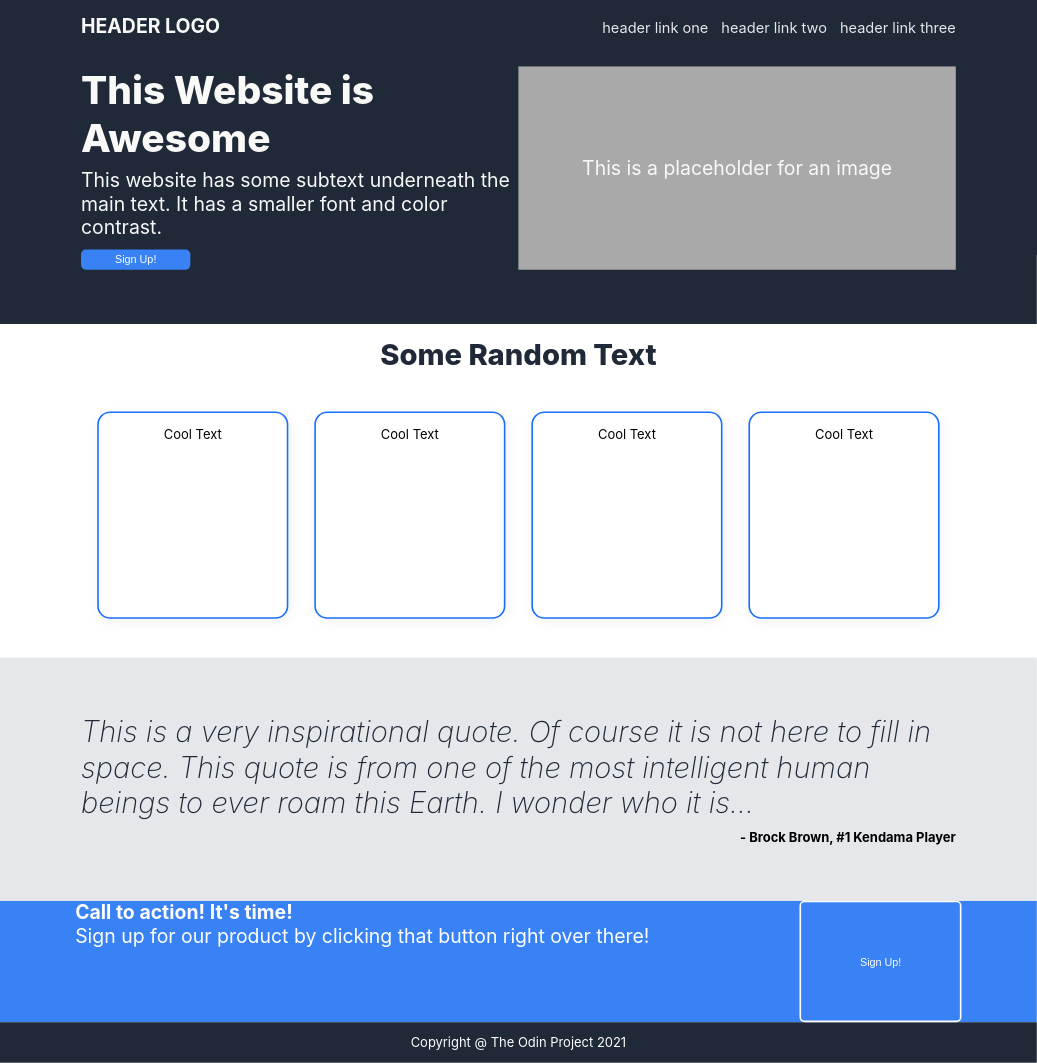
Repository: bbrockbrown/landing-page
Page: index.html
An editor plug-in stored every save of this project. The page is shown before and after the next save, followed by the edit.
The browser window is 1280 px wide. The pictures show the whole page, at 81% of full size.

Above is the page before, as saved 2024-07-24 16:19:30.

After the next save:
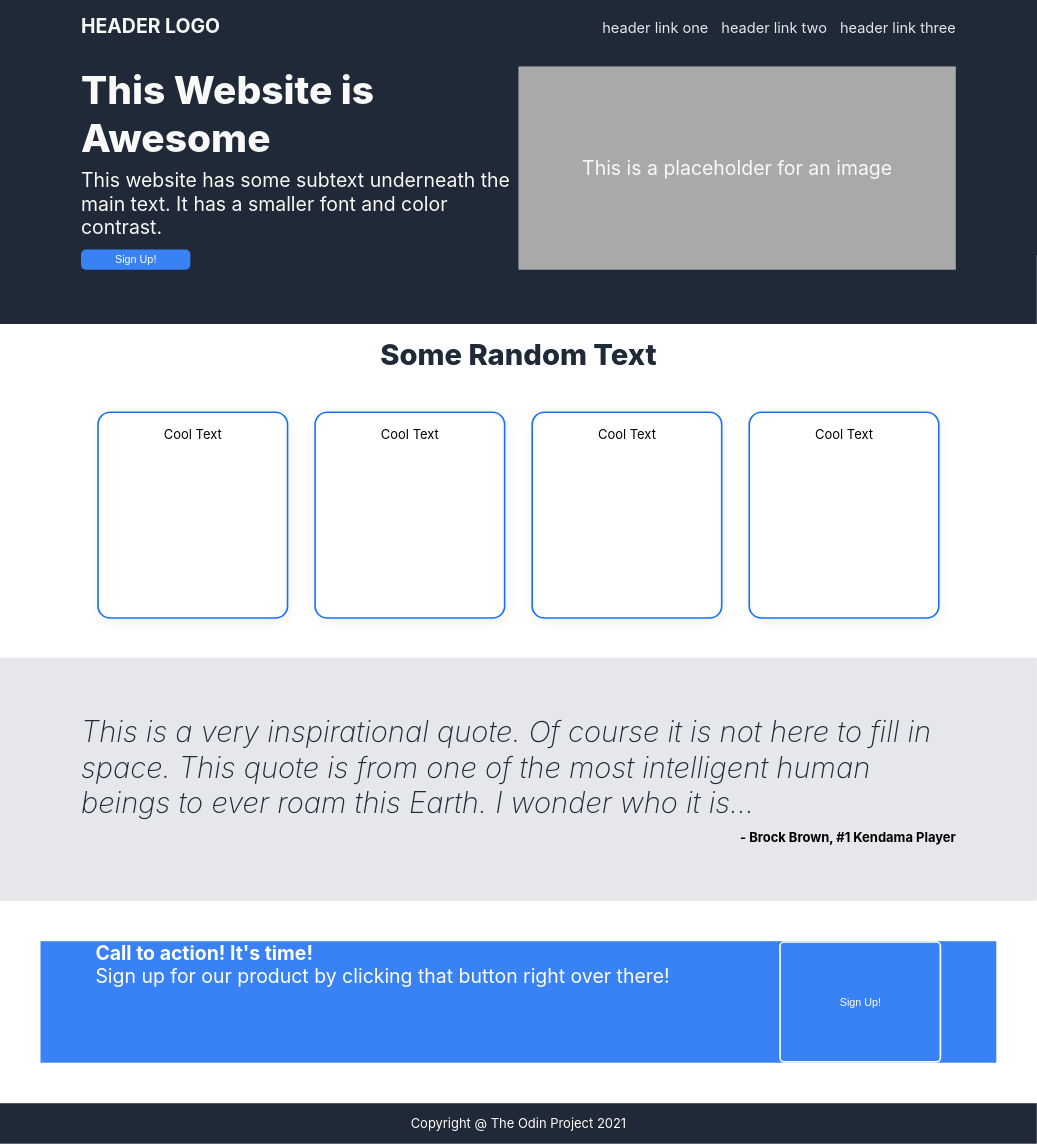
Saved 16 s later.
--- a/styles.css
+++ b/styles.css
@@ -140,6 +140,7 @@ a {
     display: flex;
     height: 150px;
     justify-content: space-around;
+    margin: 50px;
 }
 
 .sign-up-text {
